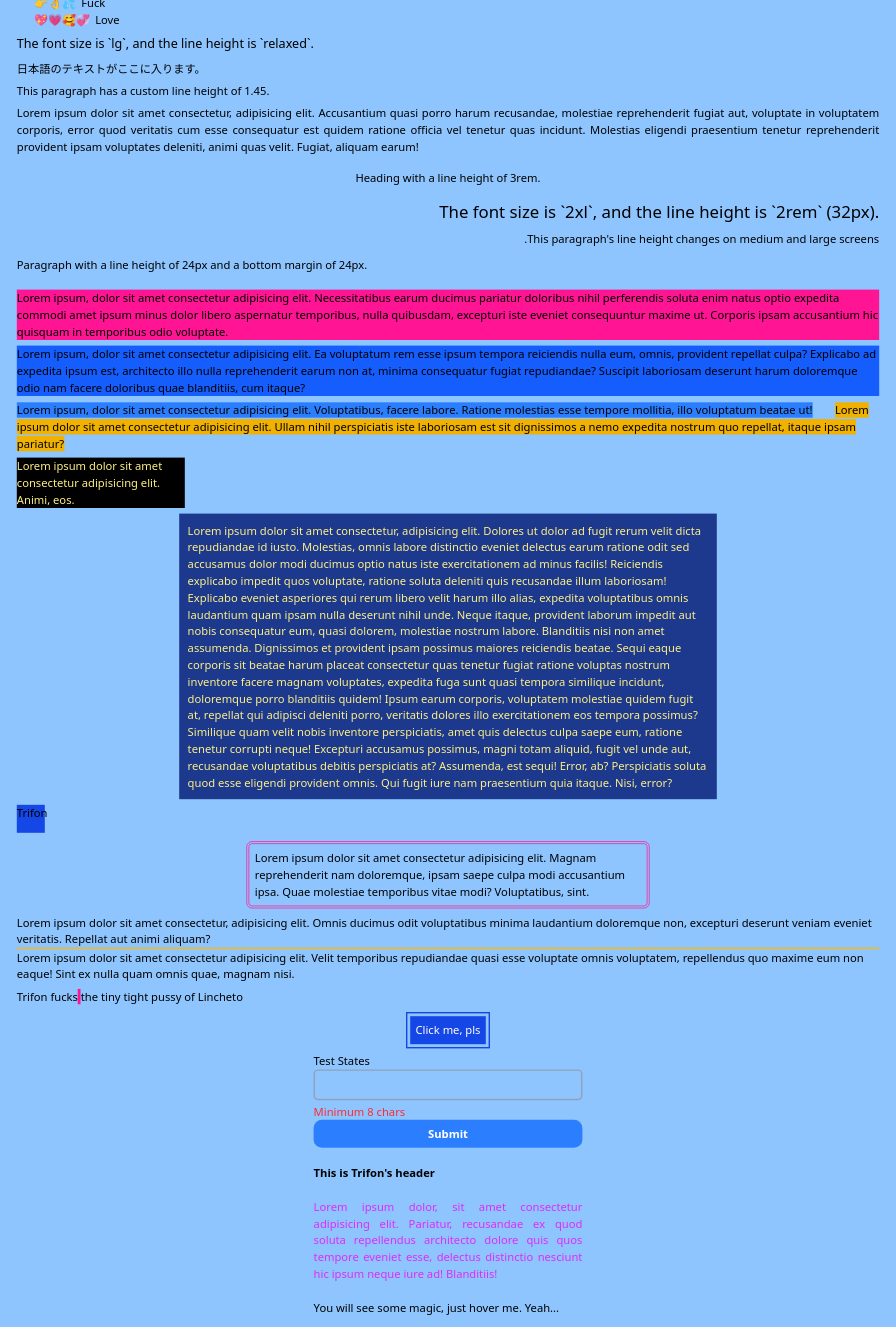
Repository: DinTri/TailwindCss
Page: index.html
These files come from the project's save history. The page is drawn as it stood at one moment and after the next save; the edit follows.
The browser window is 1280 px wide. The pictures show the part of the page from y = 1034 to 2954 px (the page is 2930 px tall before and 2954 px after), at 70% of full size.
Some web fonts or font styles are not loaded; a fallback is used.

Above is the page before, as saved 2025-06-11 23:26:41.

After the next save:
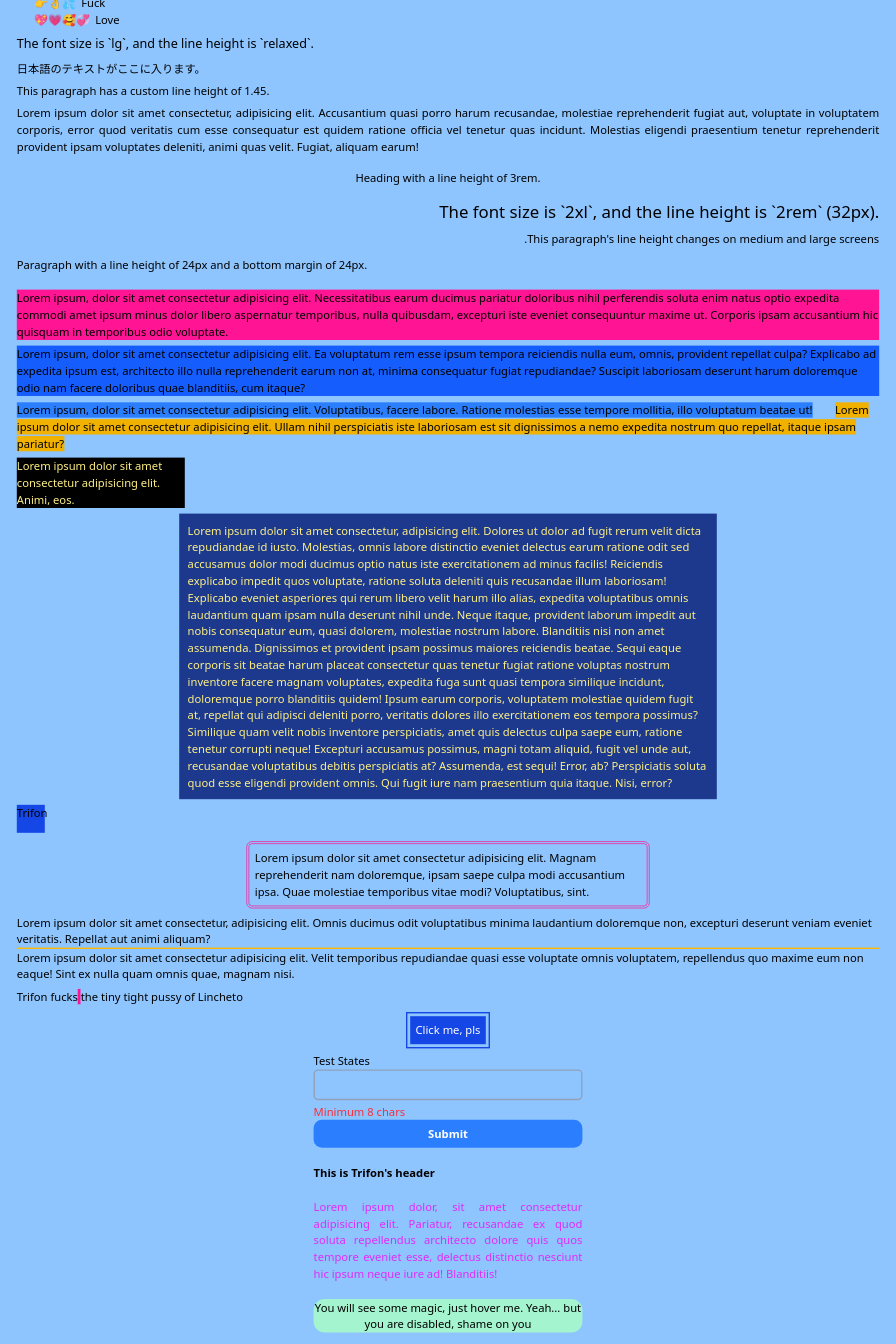
Saved 3 min 28 s later.
--- a/index.html
+++ b/index.html
@@ -123,7 +123,7 @@
 <div class="space-y-6 max-w-sm mx-auto mt-6">
   <h3 class="font-semibold">This is Trifon's header</h3>
   <p class="text-fuchsia-500 text-justify">Lorem ipsum dolor, sit amet consectetur adipisicing elit. Pariatur, recusandae ex quod soluta repellendus architecto dolore quis quos tempore eveniet esse, delectus distinctio nesciunt hic ipsum neque iure ad! Blanditiis!</p>
-  <button class="">You will see some magic, just hover me. Yeah...</button>
+  <button disabled class="bg-emerald-500 rounded-2xl disabled:bg-emerald-200">You will see some magic, just hover me. Yeah... but you are disabled, shame on you</button>
 </div>
   </div>
   </body>
